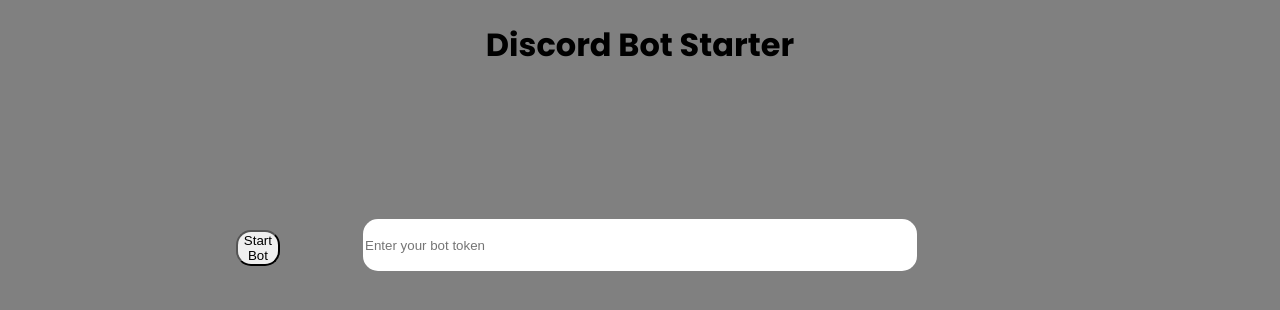
Repository: ranger2202/discord-bot-panel
Page: ranger-bot-runner/app/templates/landing.html
These files come from the project's save history. The page is drawn as it stood at one moment and after the next save; the edit follows.
The browser window is 1280 px wide. The pictures show the whole page.

Above is the page before, as saved 2023-12-30 12:05:15.

### ranger-bot-runner/app/templates/landing.html
<!DOCTYPE html>
<html lang="en">
<head>
    <meta charset="UTF-8">
    <meta name="viewport" content="width=device-width, initial-scale=1.0">
    <link rel="stylesheet" href="./../static/landing.css">
    <link rel="preconnect" href="https://fonts.googleapis.com">
    <link rel="preconnect" href="https://fonts.gstatic.com" crossorigin>
    <link href="https://fonts.googleapis.com/css2?family=Poppins:wght@400;500;600;700&display=swap" rel="stylesheet">
    <title>Discord Bot Starterqwrqwr</title>
</head>
<body>
    <h1 class="bot-header">Discord Bot Starter</h1>
    <div class="bot-token">
        <input class="bot-token-password" type="password" id="token" placeholder="Enter your bot token">
    </div>
    <div class="start-button">
        <button class="start-button" onclick="startBot()">Start Bot</button>
    </div>


    <script type="text/javascript" src="./../static/js/app.js"></script>
</body>
</html>

### ranger-bot-runner/app/static/landing.css
body {
    background-color: grey;
    padding: 0;
    margin: 0;
    font-family: 'Poppins', sans-serif;
}
.start-button{
    cursor: pointer;
    display: flex;
    justify-content: center;
    position: absolute;
    right: 500px;
    top: 115px;
}
.start-button button{
    border-radius: 15px;

}
.bot-header{
    display: flex;
    justify-content: center;
}
.bot-token{
    display: flex;
    justify-content: center;
    margin-top: 150px;
}
.bot-token-password{
    width: 550px;
    height: 50px;
    border-radius: 15px;
    color: #000;
    border: none;

}

### ranger-bot-runner/app/static/js/app.js
function startBot() {
  var token = document.getElementById('token').value;
  fetch('/start_bot', {
      method: 'POST',
      headers: {
          'Content-Type': 'application/json',
      },
      body: JSON.stringify({ bot_token: token }),  // Adjusted to match server expectation
  })
  .then(response => response.json())
  .then(data => {
      alert(data.message);  // Display the server response message
  })
  .catch(error => {
      alert('There was an error somewhere.');
  });
}

After the next save:
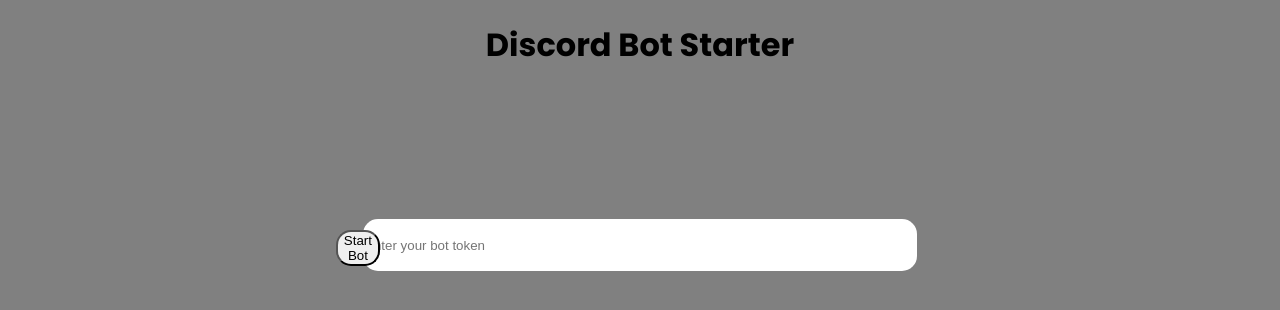
Saved 5 s later.
--- a/ranger-bot-runner/app/static/landing.css
+++ b/ranger-bot-runner/app/static/landing.css
@@ -9,7 +9,7 @@
     display: flex;
     justify-content: center;
     position: absolute;
-    right: 500px;
+    right: 450px;
     top: 115px;
 }
 .start-button button{
